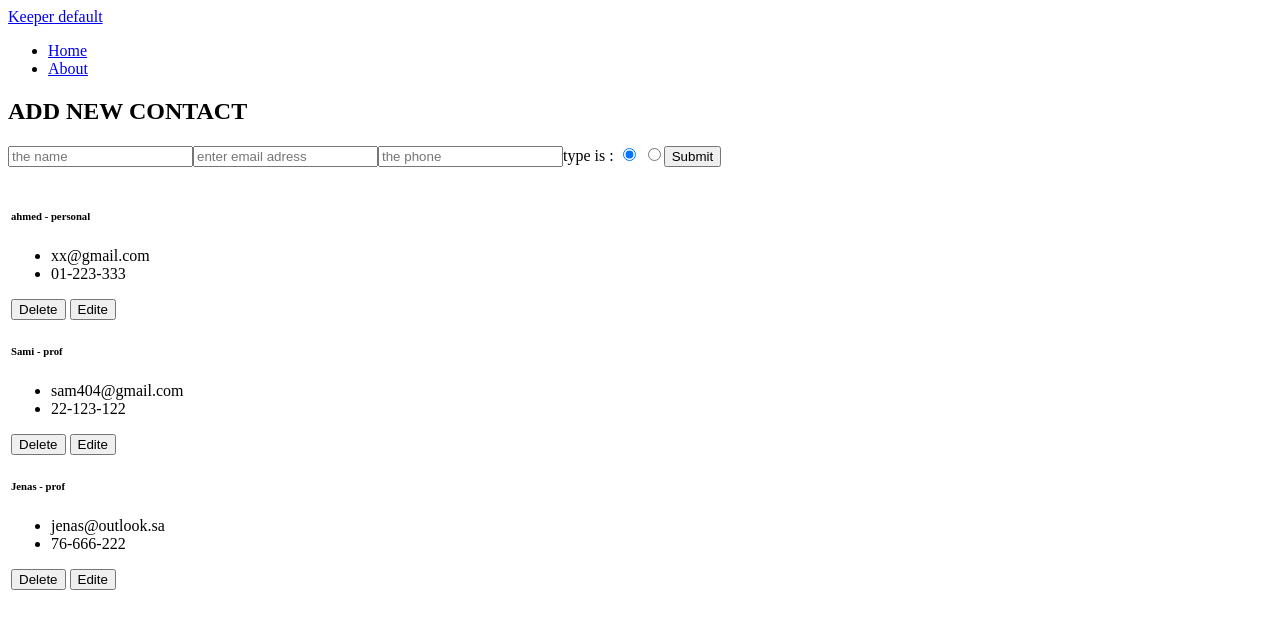
Repository: 3bdulrahman/contact-keeper
Page: / (app in client/)
The author's editor kept a copy of each file at every save. The page is drawn from the files as they stood at one save, then again after the next save.
The browser window is 1280 px wide. The pictures show the whole page.
The project was rebuilt for these pictures with package versions that can differ from the ones it lists, and the page was loaded fresh each time. A package was used in the major version that the imports need, not the one package.json lists. Also part of the build but not shown: client/src/components/pages/About.js, client/src/App.css.

Above is the page before, as saved 2020-04-06 21:14:03.

After the next save:
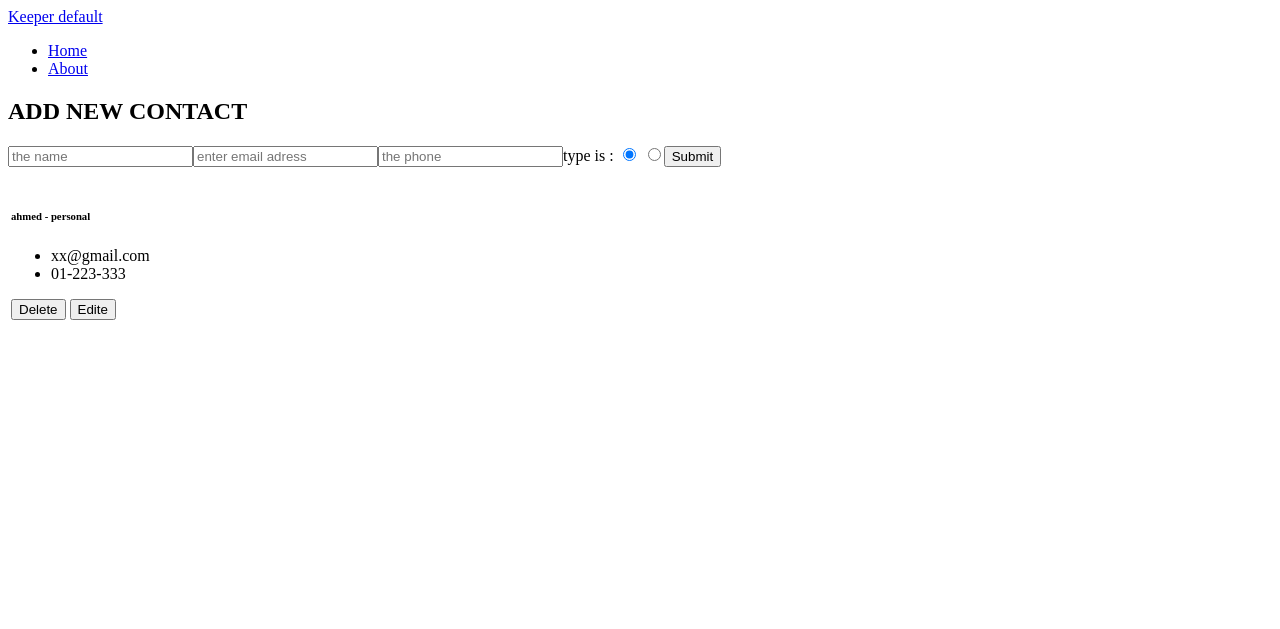
Saved 108 s later.
--- a/client/src/context/contact/ContactState.js
+++ b/client/src/context/contact/ContactState.js
@@ -7,9 +7,7 @@ import contactReducer from '../contact/ContactReducer'
 const ContactState = props=>{
        const contactInit = {
              contacts:[
-                   {id:1,name:"ahmed",email:"xx@gmail.com",phone:"01-223-333",type:"personal"},
-                   {id:2,name:"Sami",email:"sam404@gmail.com",phone:"22-123-122",type:"prof"},
-                   {id:3,name:"Jenas",email:"jenas@outlook.sa",phone:"76-666-222",type:"prof"}
+                   {id:1,name:"ahmed",email:"xx@gmail.com",phone:"01-223-333",type:"personal"}
              ]
        };
        const [state,dispatch] = useReducer(contactReducer,contactInit)
